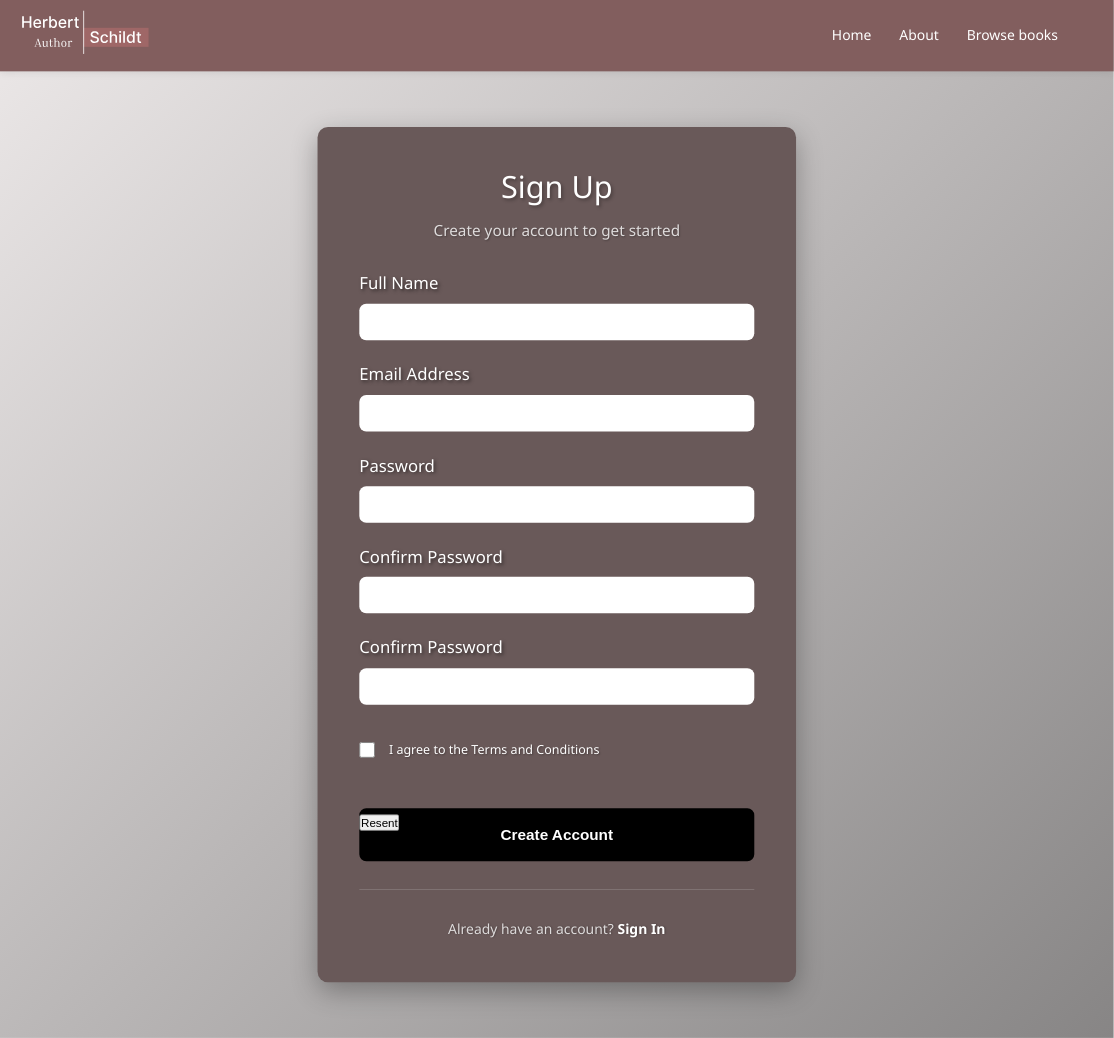
Repository: Darkrepo23/Author-Website-
Page: pages/signup.html
These files come from the project's save history. The page is drawn as it stood at one moment and after the next save; the edit follows.
The browser window is 1280 px wide. The pictures show the whole page, at 87% of full size.

Above is the page before, as saved 2025-09-23 12:57:30.
Console error: SyntaxError: Unexpected token ':'

### pages/signup.html
<!DOCTYPE html>
<html lang="en">

<head>
    <meta charset="UTF-8">
    <meta name="viewport" content="width=device-width, initial-scale=1.0">
    <title>Sign Up - Herbert Schildt</title>
    <link rel="stylesheet" href="../css/styles.css">
    <link rel="stylesheet" href="../css/login.css">
    <link href="https://cdnjs.cloudflare.com/ajax/libs/font-awesome/6.0.0/css/all.min.css" rel="stylesheet">
</head>

<body>
    <!-- Header -->
    <header class="header">
        <div class="header-left">
            <div class="logo">
                <img src="../img/logo-white.svg" alt="Herbert Schildt Logo" class="logo-image">
            </div>
        </div>
        <nav class="nav">
            <a href="../index.html" class="nav-link">Home</a>
            <a href="About/about.html" class="nav-link">About</a>
            <a href="../browse-book.html" class="nav-link">Browse books</a>
        </nav>
    </header>

    <!-- Main Content -->
    <main class="main-content">
        <div class="login-container">
            <div class="login-card">
                <h2 class="login-title">Sign Up</h2>
                <p class="login-subtitle">Create your account to get started</p>

                <form class="login-form" id="signupForm">
                    <div class="form-group">
                        <label for="fullName">Full Name</label>
                        <input type="text" id="fullName" name="fullName" required>
                    </div>

                    <div class="form-group">
                        <label for="email">Email Address</label>
                        <input type="email" id="email" name="email" required>
                    </div>

                    <div class="form-group">
                        <label for="password">Password</label>
                        <input type="password" id="password" name="password" required>
                    </div>

                    <div class="form-group">
                        <label for="confirmPassword">Confirm Password</label>
                        <input type="password" id="confirmPassword" name="confirmPassword" required>
                    </div>

                    <div class="form-group">
                        <label for="OTP-confirmation">Confirm Password</label>
                        <input type="password" id="OTP-confirmation" name="confirmPassword" required>
                    </div>
                    <button class="res" id="resend">Resent</button>

                    <div class="form-options">
                        <label class="checkbox-label">
                            <input type="checkbox" id="agree" name="agree" required>
                            <span class="checkmark"></span>
                            I agree to the Terms and Conditions
                        </label>
                    </div>

                    <button type="submit" class="login-btn">Create Account</button>
                </form>

                <div class="signup-link">
                    <p>Already have an account? <a href="login.html">Sign In</a></p>
                </div>
            </div>
        </div>
    </main>

    <script src="../js/signup.js"></script>
    <script>
        // localStorage.removeItem('users')

    </script>
</body>

</html>

### css/styles.css
/* Reset and Base Styles */
* {
    margin: 0;
    padding: 0;
    box-sizing: border-box;
}

body {
    font-family: 'Segoe UI', Tahoma, Geneva, Verdana, sans-serif;
    line-height: 1.6;
    color: #333;
    background: linear-gradient(135deg, #EDE9E9, #878585);
}

/* Header Styles */
.header {
    background: #825E5E;
    color: white;
    padding: 1rem 2rem;
    display: flex;
    align-items: center;
    box-shadow: 0 2px 10px rgba(0,0,0,0.1);
}

.header-left .logo {
    display: flex;
    align-items: center;
    gap: 0.1rem;
    margin-left: -0.5rem;
    transform: translateY(-0.25rem);
}

.logo-image {
    height: 50px;
    width: auto;
    object-fit: contain;
}

.logo-left {
    display: flex;
    flex-direction: column;
    align-items: center;
}

.logo-left h1 {
    font-size: 1rem;
    font-weight: bold;
    margin: 0;
    transform: translateY(0.1rem);
}

.logo-left span {
    font-size: 0.6rem;
    opacity: 0.8;
    margin: 0;
    margin-left: 0;
    transform: translateY(0);
    text-align: center;
}

.logo-separator {
    font-size: 1.1rem;
    font-weight: 300;
    opacity: 0.7;
    margin: 0 0.1rem;
    transform: scaleY(2.5);
}

.logo-right h2 {
    font-size: 1rem;
    font-weight: bold;
    margin: 0;
    background: #B8860B;
    padding: 0.1rem 0.3rem;
    border-radius: 4px;
    transform: translateY(0.8rem);
}

.nav {
    display: flex;
    gap: 2rem;
    margin-left: auto;
    margin-right: 2rem;
}

.nav-link {
    color: white;
    text-decoration: none;
    font-weight: 500;
    transition: opacity 0.3s;
}

.nav-link:hover {
    opacity: 0.8;
}

.header-right {
    display: flex;
    align-items: center;
    gap: 2rem;
}

.cart-icon {
    position: relative;
    cursor: pointer;
    font-size: 1.5rem;
    transition: transform 0.3s;
}

.cart-icon:hover {
    transform: scale(1.1);
}

.cart-count {
    position: absolute;
    top: -8px;
    right: -8px;
    background: #dc3545;
    color: white;
    border-radius: 50%;
    width: 20px;
    height: 20px;
    display: flex;
    align-items: center;
    justify-content: center;
    font-size: 0.8rem;
    font-weight: bold;
}

.user-profile {
    display: flex;
    align-items: center;
    gap: 1rem;
}

.user-avatar {
    width: 40px;
    height: 40px;
    background: rgba(255,255,255,0.2);
    border-radius: 50%;
    display: flex;
    align-items: center;
    justify-content: center;
    font-size: 1.2rem;
}

.user-info {
    display: flex;
    flex-direction: column;
}

.user-name {
    font-weight: 600;
    font-size: 0.9rem;
}

.user-status {
    font-size: 0.8rem;
    opacity: 0.8;
}

/* Main Content Styles */
.main-content {
    max-width: 1200px;
    margin: 0 auto;
    padding: 2rem;
}

.section-title {
    font-size: 2.5rem;
    font-weight: bold;
    text-align: center;
    margin-bottom: 1rem;
    color: #2c3e50;
}

.section-description {
    text-align: center;
    font-size: 1.1rem;
    color: #666;
    margin-bottom: 2rem;
    max-width: 600px;
    margin-left: auto;
    margin-right: auto;
}

/* Browse Section */
.browse-section {
    text-align: center;
    margin-bottom: 4rem;
}

.search-container {
    display: flex;
    justify-content: center;
    gap: 0.5rem;
    max-width: 500px;
    margin: 0 auto;
}

.search-input {
    flex: 1;
    padding: 1rem;
    border: 2px solid #ddd;
    border-radius: 8px;
    font-size: 1rem;
    outline: none;
    transition: border-color 0.3s;
}

.search-input:focus {
    border-color: #8B4513;
}

.search-btn {
    background: #dc3545;
    color: white;
    border: none;
    padding: 1rem 1.5rem;
    border-radius: 8px;
    cursor: pointer;
    font-size: 1rem;
    transition: background-color 0.3s;
}

.search-btn:hover {
    background: #c82333;
}

/* Languages Section */
.languages-section {
    margin-bottom: 4rem;
}

.languages-section .section-title {
    font-size: 2rem;
    margin-bottom: 2rem;
}

.language-cards {
    display: flex;
    justify-content: center;
    gap: 2rem;
    max-width: 900px;
    margin: 0 auto;
    flex-wrap: wrap;
}

.language-card {
    background: #495057;
    color: white;
    padding: 2rem;
    border-radius: 12px;
    text-align: center;
    cursor: pointer;
    transition: transform 0.3s, box-shadow 0.3s;
}

.language-card:hover {
    transform: translateY(-5px);
    box-shadow: 0 10px 25px rgba(0,0,0,0.2);
}

.language-icon {
    font-size: 3rem;
    margin-bottom: 1rem;
    color: white;
    display: flex;
    align-items: center;
    justify-content: center;
}

.language-card h4 {
    font-size: 1.5rem;
    margin-bottom: 0.5rem;
}

.language-card p {
    opacity: 0.9;
    font-size: 1rem;
}

/* Featured Books Section */
.featured-section {
    margin-bottom: 4rem;
}

.featured-section .section-title {
    font-size: 2rem;
    margin-bottom: 2rem;
}

.books-grid {
    display: grid;
    grid-template-columns: repeat(auto-fit, minmax(350px, 1fr));
    gap: 2rem;
    margin-bottom: 2rem;
    justify-items: center;
    max-width: 1200px;
    margin-left: auto;
    margin-right: auto;
}

.book-card {
    background: white;
    border-radius: 12px;
    overflow: hidden;
    box-shadow: 0 5px 15px rgba(0,0,0,0.1);
    transition: transform 0.3s, box-shadow 0.3s;
    width: 100%;
    max-width: 350px;
    min-height: 500px;
    display: flex;
    flex-direction: column;
}

.book-card:hover {
    transform: translateY(-5px);
    box-shadow: 0 15px 30px rgba(0,0,0,0.15);
}

.book-cover {
    height: 200px;
    min-height: 200px;
    max-height: 200px;
    display: flex;
    align-items: center;
    justify-content: center;
    color: white;
    font-weight: bold;
    text-align: center;
    padding: 1rem;
    position: relative;
    flex-shrink: 0;
}

.book-cover.java {
    background: linear-gradient(135deg, #dc3545, #c82333);
}

.book-cover.c {
    background: linear-gradient(135deg, #fd7e14, #e55a00);
}

.book-cover.cpp {
    background: repeating-linear-gradient(
        45deg,
        #000,
        #000 10px,
        #fff 10px,
        #fff 20px
    );
    color: #000;
}

.book-cover.csharp {
    background: linear-gradient(135deg, #68217A, #512BD4);
}

.book-cover.python {
    background: linear-gradient(135deg, #3776AB, #FFD43B);
    color: #000;
}

.book-banner {
    position: absolute;
    top: 10px;
    right: 10px;
    background: #dc3545;
    color: white;
    padding: 0.25rem 0.5rem;
    border-radius: 4px;
    font-size: 0.8rem;
    font-weight: bold;
}

.book-info {
    padding: 1.5rem;
    flex: 1;
    display: flex;
    flex-direction: column;
    justify-content: space-between;
}

.book-title {
    font-size: 1.3rem;
    font-weight: bold;
    margin-bottom: 0.5rem;
    color: #2c3e50;
}

.book-description {
    color: #666;
    margin-bottom: 1rem;
    line-height: 1.5;
}

.book-rating {
    display: flex;
    align-items: center;
    gap: 0.5rem;
    margin-bottom: 1rem;
}

.stars {
    color: #ffc107;
}

.rating-score {
    font-weight: bold;
    color: #2c3e50;
}

.book-price {
    font-size: 1.5rem;
    font-weight: bold;
    color: #2c3e50;
    margin-bottom: 1rem;
}

.book-actions {
    display: flex;
    gap: 1rem;
    margin-top: auto;
}

.preview-btn {
    background: white;
    color: #2c3e50;
    border: 2px solid #ddd;
    padding: 0.75rem 1.5rem;
    border-radius: 8px;
    cursor: pointer;
    font-weight: 500;
    transition: all 0.3s;
    display: flex;
    align-items: center;
    gap: 0.5rem;
}

.preview-btn:hover {
    border-color: #8B4513;
    color: #8B4513;
}

.add-to-cart-btn {
    background: #dc3545;
    color: white;
    border: none;
    padding: 0.75rem 1.5rem;
    border-radius: 8px;
    cursor: pointer;
    font-weight: 500;
    transition: background-color 0.3s;
    display: flex;
    align-items: center;
    gap: 0.5rem;
    flex: 1;
}

.add-to-cart-btn:hover {
    background: #c82333;
}

.load-more-btn {
    background: #dc3545;
    color: white;
    border: none;
    padding: 1rem 2rem;
    border-radius: 8px;
    cursor: pointer;
    font-size: 1rem;
    font-weight: 500;
    transition: background-color 0.3s;
    display: block;
    margin: 0 auto;
}

.load-more-btn:hover {
    background: #c82333;
}

/* Footer Styles */
.footer {
    background: #495057;
    color: white;
    padding: 3rem 2rem 1rem;
}

.footer-content {
    max-width: 1200px;
    margin: 0 auto;
    display: grid;
    grid-template-columns: 1fr 1fr;
    gap: 3rem;
    margin-bottom: 2rem;
}

.footer-left h4,
.footer-right h4 {
    font-size: 1.5rem;
    margin-bottom: 1rem;
    color: #fff;
}

.footer-left p {
    margin-bottom: 1.5rem;
    line-height: 1.6;
    opacity: 0.9;
}

.social-icons {
    display: flex;
    gap: 1rem;
}

.social-icon {
    width: 40px;
    height: 40px;
    background: #000;
    border-radius: 50%;
    display: flex;
    align-items: center;
    justify-content: center;
    color: white;
    text-decoration: none;
    transition: background-color 0.3s;
}

.social-icon:hover {
    background: #dc3545;
}

.contact-info {
    display: flex;
    flex-direction: column;
    gap: 1rem;
}

.contact-item {
    display: flex;
    align-items: center;
    gap: 1rem;
}

.contact-item i {
    width: 20px;
    color: #dc3545;
}

.footer-bottom {
    text-align: center;
    padding-top: 2rem;
    border-top: 1px solid rgba(255,255,255,0.1);
    opacity: 0.8;
}

/* Modal Styles */
.cart-modal,
.preview-modal {
    display: none;
    position: fixed;
    top: 0;
    left: 0;
    width: 100%;
    height: 100%;
    background: rgba(0,0,0,0.5);
    z-index: 1000;
}

.cart-content,
.preview-content {
    position: absolute;
    top: 50%;
    left: 50%;
    transform: translate(-50%, -50%);
    background: white;
    padding: 2rem;
    border-radius: 12px;
    max-width: 500px;
    width: 90%;
    max-height: 80vh;
    overflow-y: auto;
}

.cart-header,
.preview-header {
    display: flex;
    justify-content: space-between;
    align-items: center;
    margin-bottom: 1.5rem;
    padding-bottom: 1rem;
    border-bottom: 1px solid #ddd;
}

.close-cart,
.close-preview {
    background: none;
    border: none;
    font-size: 1.5rem;
    cursor: pointer;
    color: #666;
}

.close-cart:hover,
.close-preview:hover {
    color: #dc3545;
}

.cart-items {
    margin-bottom: 1.5rem;
}

.cart-item {
    display: flex;
    justify-content: space-between;
    align-items: center;
    padding: 1rem 0;
    border-bottom: 1px solid #eee;
}

.cart-item-info h5 {
    margin-bottom: 0.25rem;
}

.cart-item-price {
    font-weight: bold;
    color: #dc3545;
}

.remove-item {
    background: #dc3545;
    color: white;
    border: none;
    padding: 0.5rem;
    border-radius: 4px;
    cursor: pointer;
    font-size: 0.8rem;
}

.cart-total {
    font-size: 1.2rem;
    font-weight: bold;
    text-align: right;
    margin-bottom: 1rem;
    padding-top: 1rem;
    border-top: 2px solid #ddd;
}

.checkout-btn {
    background: #28a745;
    color: white;
    border: none;
    padding: 1rem 2rem;
    border-radius: 8px;
    cursor: pointer;
    font-size: 1rem;
    font-weight: 500;
    width: 100%;
    transition: background-color 0.3s;
}

.checkout-btn:hover {
    background: #218838;
}

/* Responsive Design */
@media (max-width: 768px) {
    .header {
        flex-direction: column;
        gap: 1rem;
        padding: 1rem;
    }

    .header-right {
        gap: 1rem;
    }

    .main-content {
        padding: 1rem;
    }

    .section-title {
        font-size: 2rem;
    }

    .language-cards {
        flex-direction: column;
        align-items: center;
        gap: 1.5rem;
    }

    .books-grid {
        grid-template-columns: 1fr;
        justify-items: center;
    }

    .footer-content {
        grid-template-columns: 1fr;
        gap: 2rem;
    }

    .search-container {
        flex-direction: column;
    }

    .book-actions {
        flex-direction: column;
    }
}

@media (max-width: 480px) {
    .header {
        padding: 0.5rem;
    }

    .logo-left h1 {
        font-size: 1.2rem;
    }

    .logo-right h2 {
        font-size: 1.1rem;
    }

    .logo-separator {
        font-size: 1.5rem;
    }

    .main-content {
        padding: 0.5rem;
    }

    .section-title {
        font-size: 1.5rem;
    }

    .cart-content,
    .preview-content {
        width: 95%;
        padding: 1rem;
    }
}

### css/login.css
/* Login Page Styles */
.login-container {
    display: flex;
    justify-content: center;
    align-items: center;
    min-height: calc(100vh - 200px);
    padding: 2rem;
}

.login-card {
    background: #695959;
    color: white;
    padding: 2.5rem 3rem 3rem 3rem;
    border-radius: 12px;
    box-shadow: 0 10px 30px rgba(0, 0, 0, 0.3);
    width: 100%;
    max-width: 550px;
}

.login-title {
    font-size: 2.2rem;
    font-weight: 500;
    text-align: center;
    margin-bottom: 0.5rem;
    color: white;
    text-shadow: 2px 2px 4px rgba(0, 0, 0, 0.3);
}

.login-subtitle {
    text-align: center;
    color: rgba(255, 255, 255, 0.8);
    margin-bottom: 2rem;
    font-size: 1.1rem;
    text-shadow: 1px 1px 2px rgba(0, 0, 0, 0.3);
}

.login-form {
    display: flex;
    flex-direction: column;
    gap: 1.5rem;
}

.form-group {
    display: flex;
    flex-direction: column;
    gap: 0.5rem;
}

.form-group label {
    font-weight: 500;
    color: white;
    font-size: 1.2rem;
    text-shadow: 2px 2px 4px rgba(0, 0, 0, 0.5);
}

.form-group input {
    padding: 0.75rem;
    border: none;
    border-radius: 8px;
    font-size: 1rem;
    background: white;
    color: #333;
    transition: box-shadow 0.3s;
}

.form-group input:focus {
    outline: none;
    box-shadow: 0 0 0 3px rgba(139, 69, 19, 0.3);
}

.form-options {
    display: flex;
    justify-content: space-between;
    align-items: center;
    margin: 1rem 0;
    position: relative;
}

.checkbox-label {
    display: flex;
    align-items: center;
    gap: 0.5rem;
    cursor: pointer;
    color: white;
    font-size: 0.9rem;
    text-shadow: 1px 1px 2px rgba(0, 0, 0, 0.3);
}

.checkbox-label input[type="checkbox"] {
    width: 18px;
    height: 18px;
    margin: 0;
}

.forgot-link {
    color: #B3B3E8;
    text-decoration: none;
    font-size: 0.9rem;
    transition: color 0.3s;
    text-shadow: 1px 1px 2px rgba(0, 0, 0, 0.3);
}

.forgot-link:hover {
    color: #B3B3E8;
    text-decoration: underline;
}

.login-btn {
    background: #000000;
    color: white;
    border: 4px solid #000000;
    padding: 1rem 2rem;
    border-radius: 8px;
    font-size: 1.1rem;
    font-weight: 900;
    cursor: pointer;
    transition: all 0.3s;
    margin-top: 1rem;
}

.login-btn:hover {
    background: #333333;
}

.signup-link {
    text-align: center;
    margin-top: 2rem;
    padding-top: 2rem;
    border-top: 1px solid rgba(255, 255, 255, 0.2);
}

.signup-link p {
    color: rgba(255, 255, 255, 0.8);
    margin: 0;
    text-shadow: 1px 1px 2px rgba(0, 0, 0, 0.3);
}

.signup-link a {
    color: white;
    text-decoration: none;
    font-weight: 600;
    transition: color 0.3s;
    text-shadow: 1px 1px 2px rgba(0, 0, 0, 0.3);
}

.signup-link a:hover {
    color: white;
    text-decoration: underline;
}


.res {
    position: absolute;
    top: 130%;
}





/* Responsive Design */
@media (max-width: 768px) {
    .login-container {
        padding: 1rem;
    }

    .login-card {
        padding: 2rem;
    }

    .login-title {
        font-size: 2rem;
    }

    .form-options {
        flex-direction: column;
        gap: 1rem;
        align-items: flex-start;
    }
}

@media (max-width: 480px) {
    .login-card {
        padding: 1.5rem;
    }

    .login-title {
        font-size: 1.8rem;
    }

    .login-subtitle {
        font-size: 1rem;
    }
}

Loaded but not shown: js/signup.js (147 lines, source omitted)

After the next save:
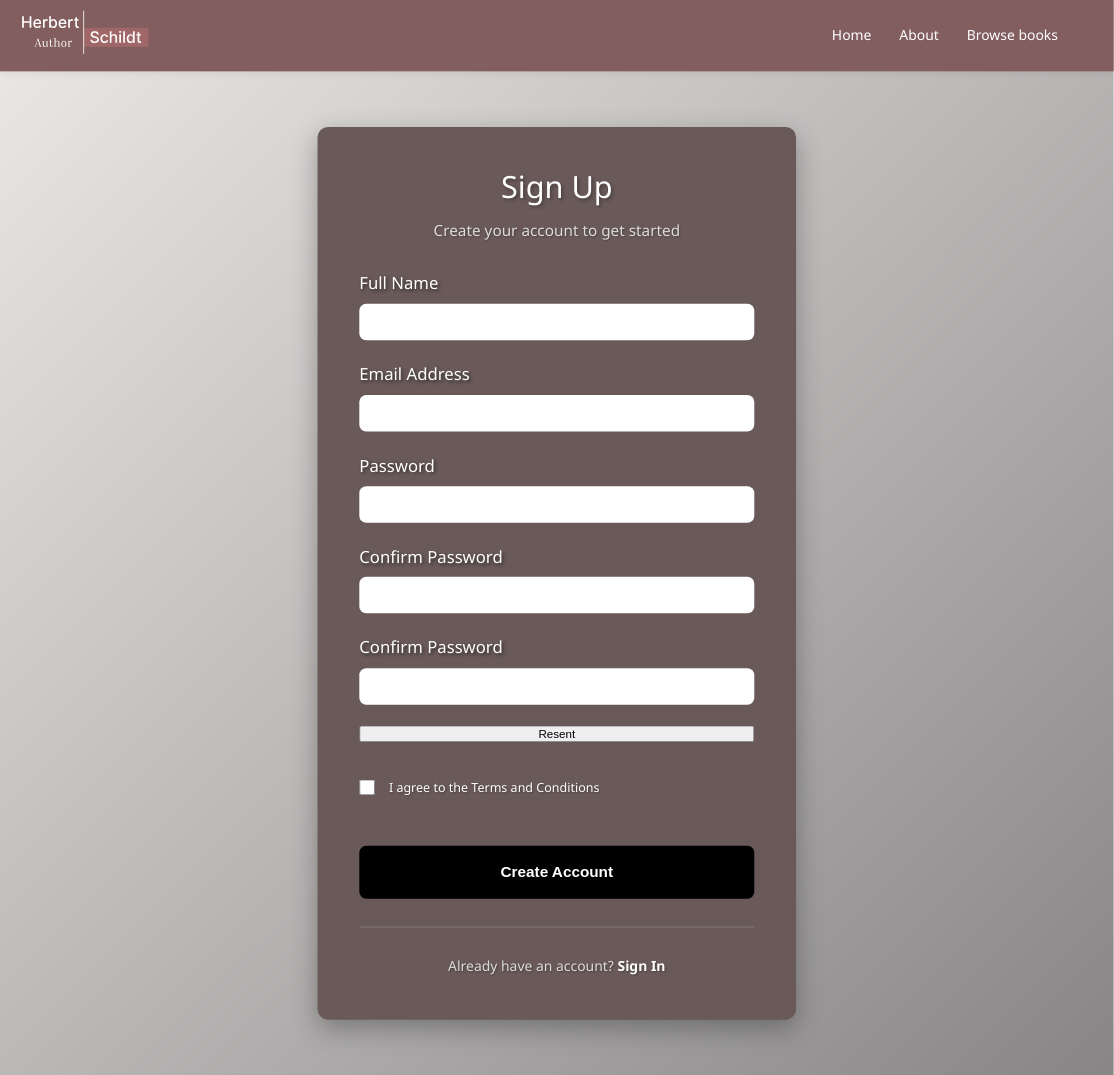
Saved 25 s later.
--- a/css/login.css
+++ b/css/login.css
@@ -149,10 +149,6 @@
 }
 
 
-.res {
-    position: absolute;
-    top: 130%;
-}
 
 
 

After the save that followed:
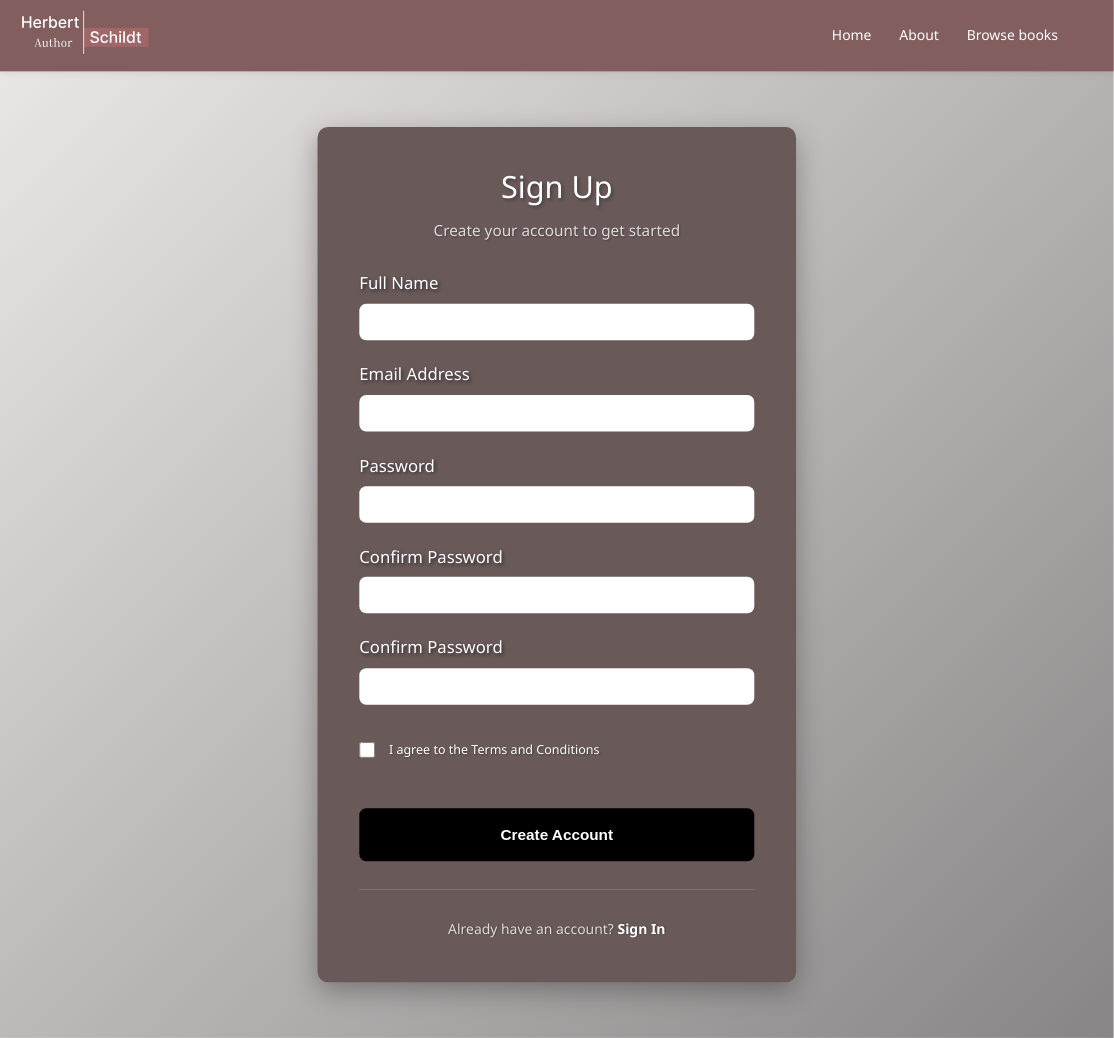
Saved 8 s later.
--- a/pages/signup.html
+++ b/pages/signup.html
@@ -57,7 +57,7 @@
                         <label for="OTP-confirmation">Confirm Password</label>
                         <input type="password" id="OTP-confirmation" name="confirmPassword" required>
                     </div>
-                    <button class="res" id="resend">Resent</button>
+
 
                     <div class="form-options">
                         <label class="checkbox-label">
